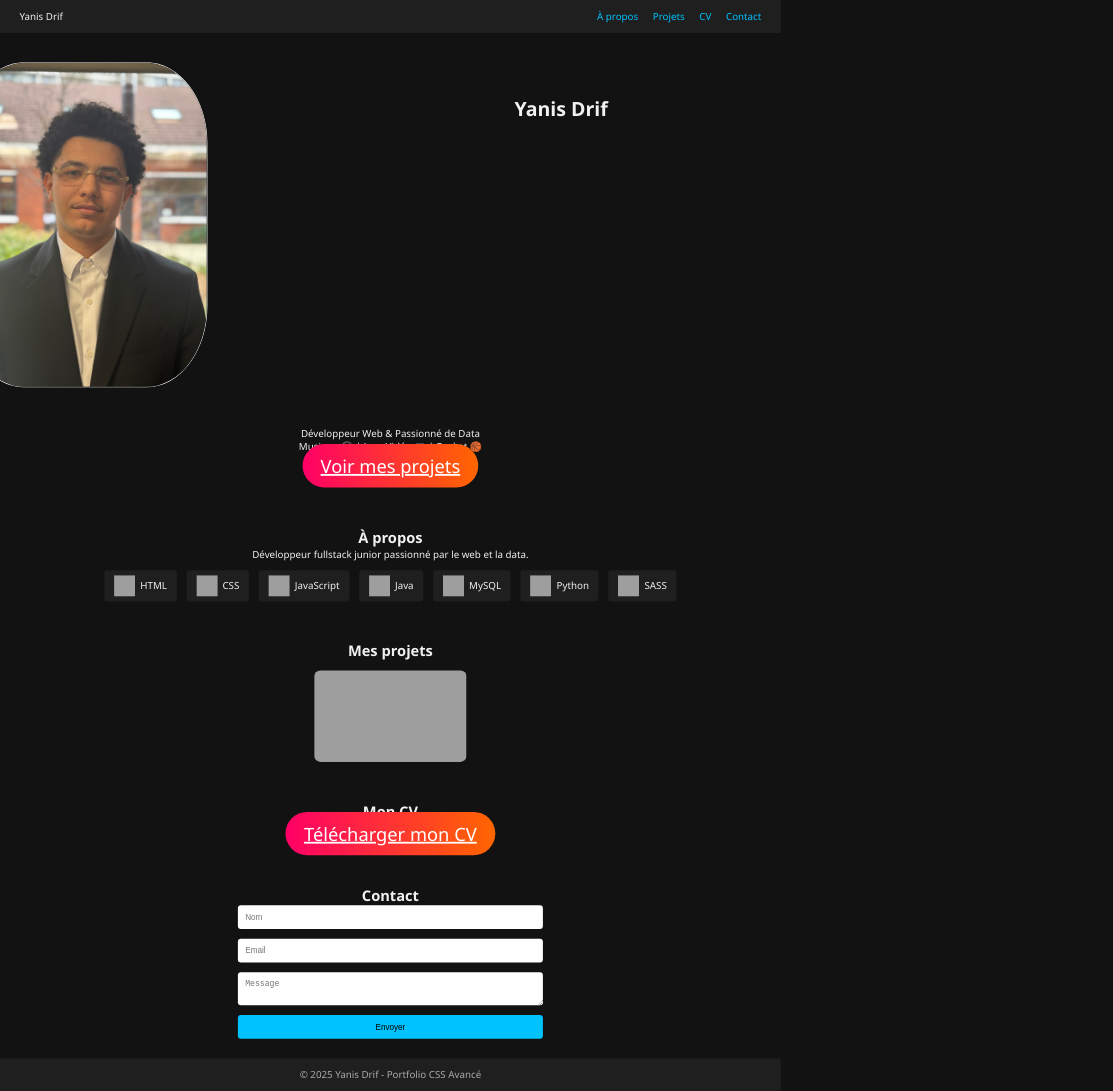
Repository: Yxniiss/ProjetCssAvance
Page: OneDrive/Bureau/Portfolio DrifYanis/home.html
An editor plug-in stored every save of this project. The page is shown before and after the next save, followed by the edit.
The browser window is 1280 px wide. The page is 1544 px wide, then 1824 px, then 1544 px, so the pictures cover 1824 px, including what lies to the right of the window. The pictures show the whole page, at 61% of full size.
Pictures or frames that could not be fetched are drawn as grey boxes.

Above is the page before, as saved 2025-04-10 10:31:14.
Console error: TypeError: Cannot set properties of null (setting 'textContent')

After the next save:
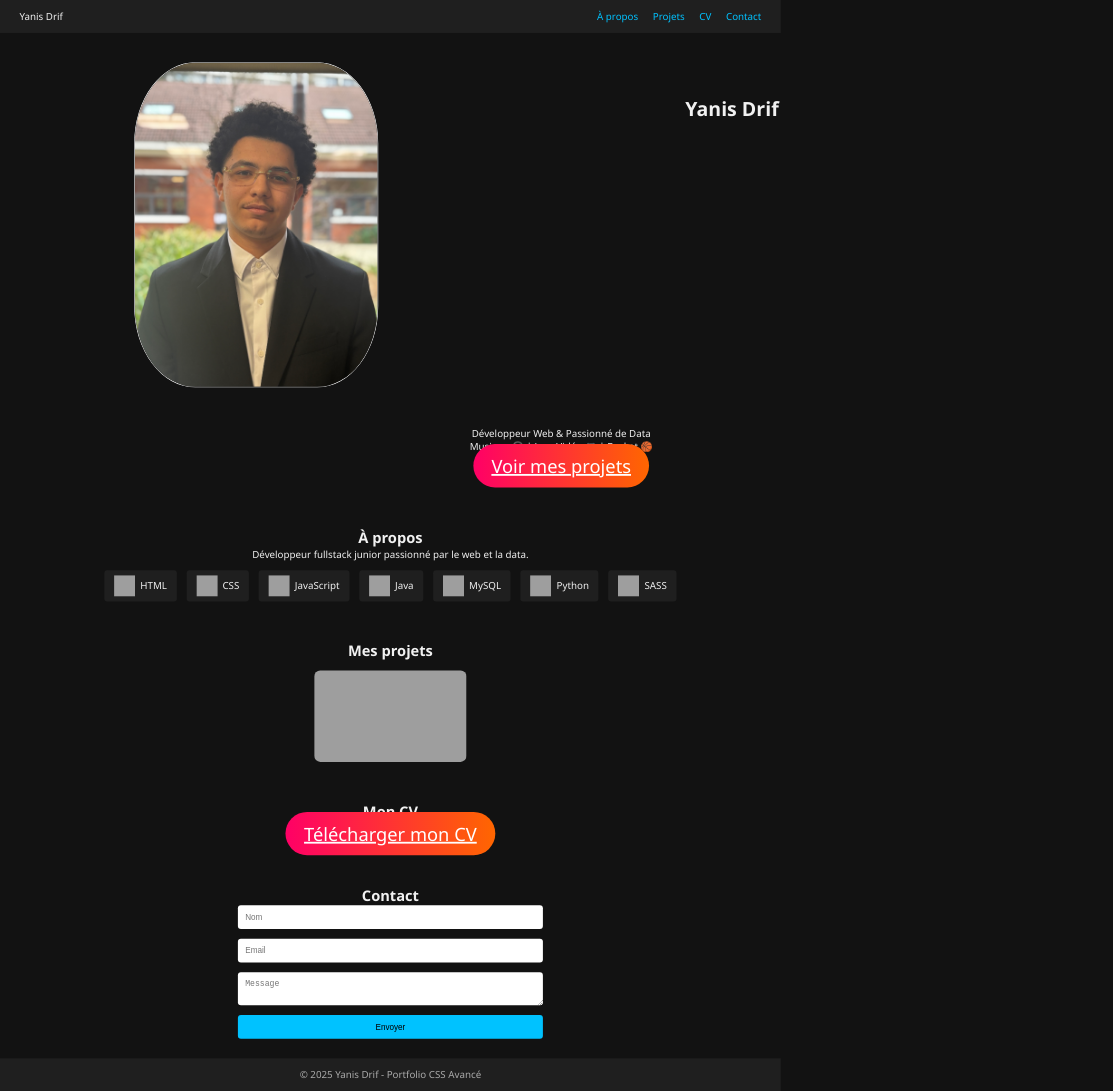
Saved 27 s later.
--- a/OneDrive/Bureau/Portfolio DrifYanis/style.css
+++ b/OneDrive/Bureau/Portfolio DrifYanis/style.css
@@ -42,7 +42,7 @@
   }
 
   .hero__content{
-    position relative;
+    position:relative;
     left: 280px;
   }
 

After the save that followed:
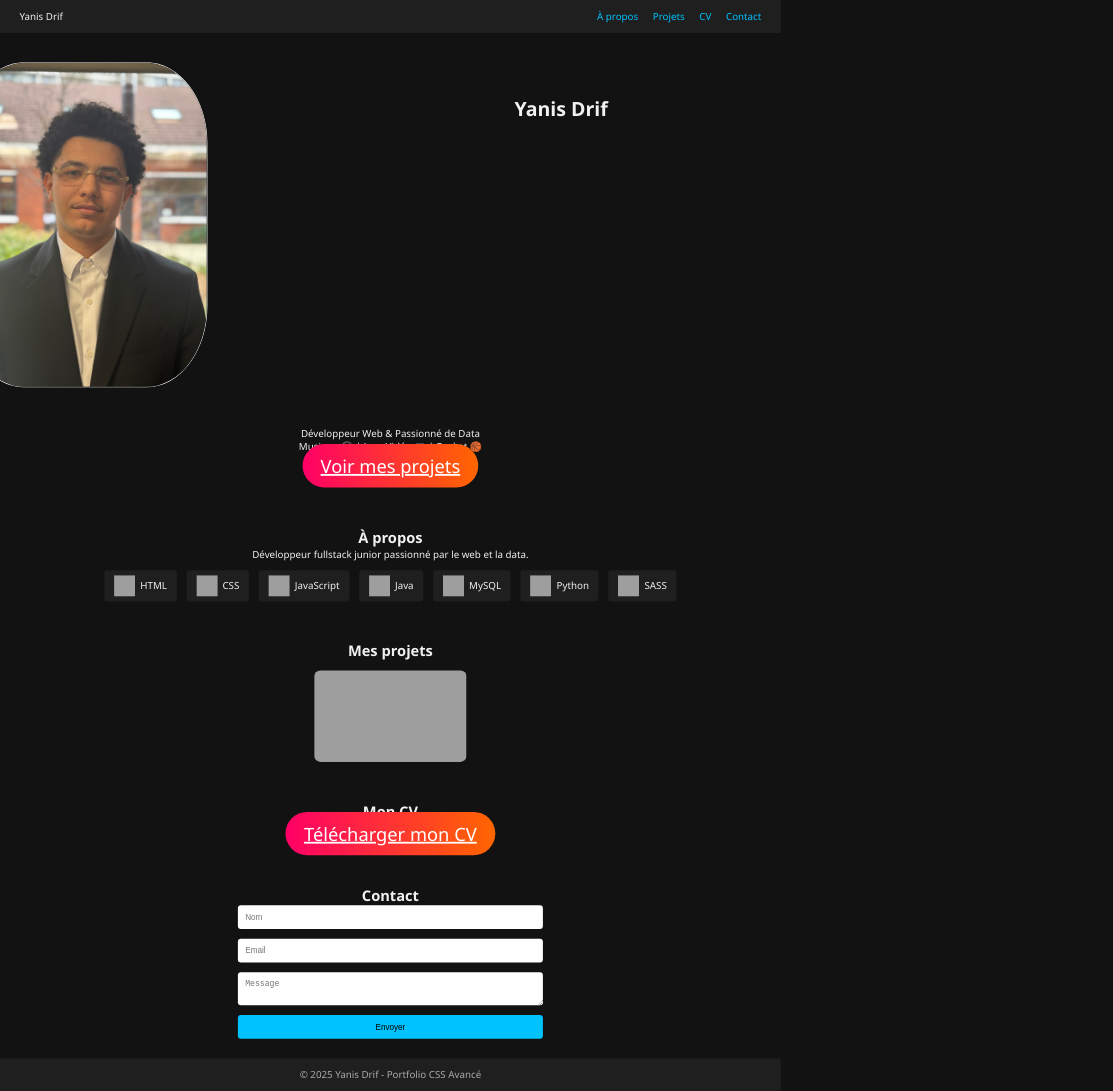
Saved 18 s later.
--- a/OneDrive/Bureau/Portfolio DrifYanis/style.css
+++ b/OneDrive/Bureau/Portfolio DrifYanis/style.css
@@ -41,10 +41,7 @@
 
   }
 
-  .hero__content{
-    position:relative;
-    left: 280px;
-  }
+
 
   .hero__image {
     border-radius: 25%;
